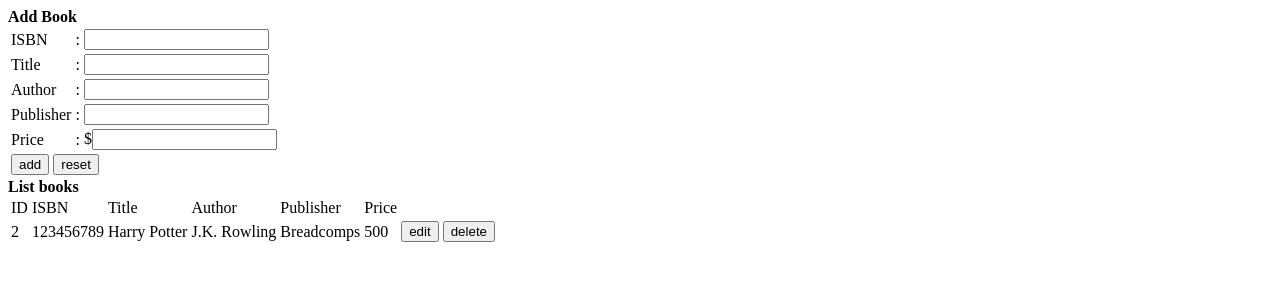
Repository: beryorindi/java2ee
Page: http://localhost/JSF-Example-2/bookcrud.jsp
These files come from the project's save history. The page is drawn as it stood at one moment and after the next save; the edit follows.
The browser window is 1280 px wide. The pictures show the whole page.
The page is served by Tomcat 9. Nobody is signed in. The application's start-up code is not run. Other server files are loaded and not shown.

Above is the page before, as saved 2017-04-21 06:29:26.

### project5-exercise/JSF-Example-2/WebContent/bookcrud.jsp
<%@ page language="java" contentType="text/html; charset=ISO-8859-1"
    pageEncoding="ISO-8859-1"%>
<!DOCTYPE html PUBLIC "-//W3C//DTD HTML 4.01 Transitional//EN" "http://www.w3.org/TR/html4/loose.dtd">
<html>
<head>
<meta http-equiv="Content-Type" content="text/html; charset=ISO-8859-1">
<title>Simple CRUD</title>
</head>
<body>
	<b>Add Book</b>
	<form method="POST" action="StudentServlet">
		<table>
			<tr>
				<td>
					<label for="isbn">ISBN</label>
				</td>
				<td>
					:
				</td>
				<td>
					<input type="text" name="isbn" />
				</td>
			</tr>
			<tr>
				<td>
					<label for="title">Title</label>
				</td>
				<td>
					:
				</td>
				<td>
					<input type="text" name="title" />
				</td>
			</tr>
			<tr>
				<td>
					<label for="author">Author</label>
				</td>
				<td>
					:
				</td>
				<td>
					<input type="text" name="author" />
				</td>
			</tr>
			<tr>
				<td>
					<label for="publisher">Publisher</label>
				</td>
				<td>
					:
				</td>
				<td>
					<input type="text" name="publisher" />
				</td>
			</tr>
			<tr>
				<td>
					<label for="price">Price</label>
				</td>
				<td>
					:
				</td>
				<td>
					$<input type="text" name="price" />
				</td>
			</tr>
			<tr>
				<td colspan="3">
					<button type="submit">add</button>
					<button type="reset">reset</button>
				</td>
			</tr>
		</table>
	</form>

	<b>List books</b>
		<table>
			<tr>
				<td>
					ID
				</td>
				<td>
					ISBN
				</td>
				<td>
					Title
				</td>
				<td>
					Author
				</td>
				<td>
					Publisher
				</td>
				<td>
					Price
				</td>
				<td>

				</td>
			</tr>
			<tr>
				<td>
					2
				</td>
				<td>
					123456789
				</td>
				<td>
					Harry Potter
				</td>
				<td>
					J.K. Rowling
				</td>
				<td>
					Breadcomps
				</td>
				<td>
					500
				</td>
				<td>
					<button type="submit">edit</button>
					<button type="delete">delete</button>
				</td>
			</tr>
		</table>



</body>
</html>

After the next save:
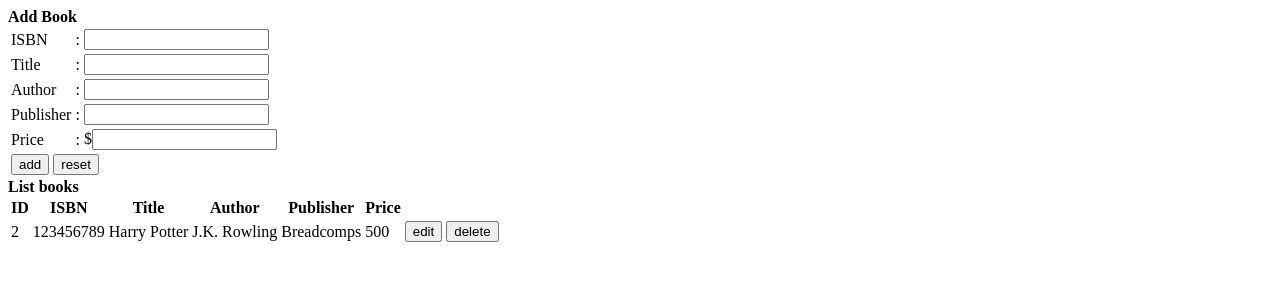
Saved 32 s later.
--- a/project5-exercise/JSF-Example-2/WebContent/bookcrud.jsp
+++ b/project5-exercise/JSF-Example-2/WebContent/bookcrud.jsp
@@ -77,27 +77,27 @@
 	<b>List books</b>
 		<table>
 			<tr>
-				<td>
+				<th>
 					ID
-				</td>
-				<td>
+				</th>
+				<th>
 					ISBN
-				</td>
-				<td>
+				</th>
+				<th>
 					Title
-				</td>
-				<td>
+				</th>
+				<th>
 					Author
-				</td>
-				<td>
+				</th>
+				<th>
 					Publisher
-				</td>
-				<td>
+				</th>
+				<th>
 					Price
-				</td>
-				<td>
+				</th>
+				<th>
 
-				</td>
+				</th>
 			</tr>
 			<tr>
 				<td>
